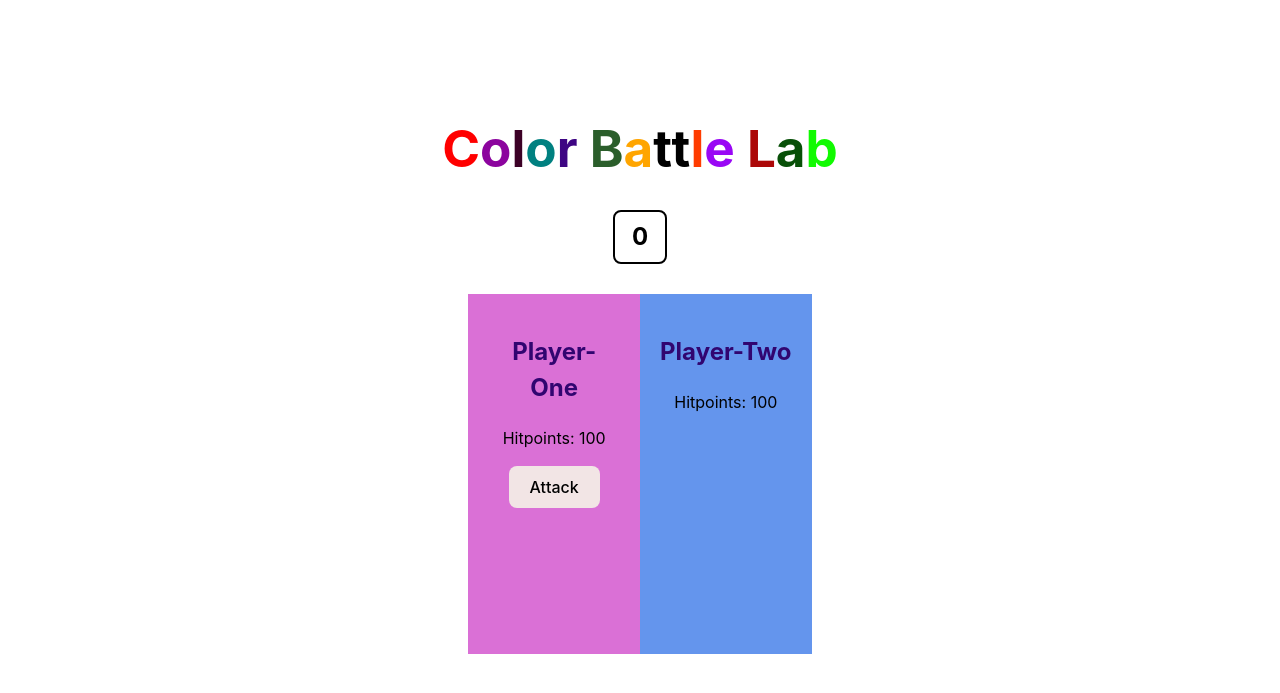
Repository: RAWdevX21/color-battle_lab-build
Page: /
An editor plug-in stored every save of this project. The page is shown before and after the next save, followed by the edit.
The browser window is 1280 px wide. The pictures show the whole page.
The project was rebuilt for these pictures with package versions that can differ from the ones it lists, and the page was loaded fresh each time. Also part of the build but not shown: vite.config.js.

Above is the page before, as saved 2023-08-17 03:19:53.

### index.html
<!doctype html>
<html lang="en">
  <head>
    <meta charset="UTF-8" />
    <link rel="icon" type="image/svg+xml" href="/vite.svg" />
    <meta name="viewport" content="width=device-width, initial-scale=1.0" />
    <title>Color Battle</title>
  </head>
  <body>
    <div id="root"></div>
    <script type="module" src="/src/main.jsx"></script>
  </body>
</html>

### src/App.jsx
import { useState } from "react";
import GameBanner from "./Components/GameBanner";
import Player from "./Components/PlayerInfo";
import "./App.css";

export default function App() {
  const [player1, setPlayer1] = useState({
    name: "Player-One",
    color: "orchid",
    hitpoints: 100,
    turn: true
  });

  const [player2, setPlayer2] = useState({
    name: "Player-Two",
    color: "cornflowerblue",
    hitpoints: 100,
    turn: false
  });

  const [dice, setDice] = useState(0);

  const handleAttack = (attacker, defender, setAttacker, setDefender) => {
    const damage = Math.floor(Math.random() * 6) + 1;
    setDice(damage);

    const updatedDefender = {
      ...defender,
      hitpoints: defender.hitpoints - damage
    };
    const updatedAttacker = { ...attacker, turn: false };

    setDefender(updatedDefender);
    setAttacker(updatedAttacker);

    // Switch turns
    if (attacker === player1) {
      setPlayer2({ ...player2, turn: true });
    } else {
      setPlayer1({ ...player1, turn: true });
    }

    // Check for game over
    if (updatedDefender.hitpoints <= 0) {
      alert(`${attacker.name} wins!`);
      // Reset game or any other logic you want to add
    }
  };

  return (
    <>
      <div className="wrapper">
        <GameBanner damagePoints={dice} />

        <div className="players-container">
          <div className="player-wrapper">
            <Player
              player={player1}
              onAttack={() =>
                handleAttack(player1, player2, setPlayer1, setPlayer2)
              }
            />
          </div>
          <div className="player-wrapper">
            <Player
              player={player2}
              onAttack={() =>
                handleAttack(player2, player1, setPlayer2, setPlayer1)
              }
            />
          </div>
        </div>
      </div>
    </>
  );
}

### src/index.css
:root {
  font-family: Inter, system-ui, Avenir, Helvetica, Arial, sans-serif;
  line-height: 1.5;
  font-weight: 400;

  color-scheme: light dark;
  background-color: #242424;

}

a {
  font-weight: 500;
  /* color: #646cff; */
  text-decoration: inherit;
}
a:hover {
  /* color: #535bf2; */
}

body {
  margin: 0;
  display: flex;
  place-items: center;
  min-width: 320px;
  min-height: 100vh;
}

h1 {
  font-size: 3.2em;
  line-height: 1.1;
}

button {
  border-radius: 8px;
  border: 1px solid transparent;
  padding: 0.6em 1.2em;
  font-size: 1em;
  font-weight: 500;
  font-family: inherit;
  background-color: #1a1a1a;
  cursor: pointer;
  transition: border-color 0.25s;
}
button:hover {
  border-color: #646cff;
}
button:focus,
button:focus-visible {
  outline: 4px auto -webkit-focus-ring-color;
}

@media (prefers-color-scheme: light) {
  :root {
    background-color: #ffffff;
  }
  a:hover {
    color: #747bff;
  }
  button {
    background-color: #f9f9f9;
  }
}

### src/Components/GameBanner.jsx
import './GameBanner.css';
import Die from "./Die";

const GameBanner = ({ damagePoints }) => {
    return (
      <div className="banner">
        <h1>
          <span className="banner--c">C</span>
          <span className="banner--o">o</span>
          <span className="banner--l">l</span>
          <span className="banner--o2">o</span>
          <span className="banner--r">r</span>
          &nbsp;
          <span className="banner--b">B</span>
          <span className="banner--a">a</span>
          <span className="banner--t">t</span>
          <span className="banner--t">t</span>
          <span className="banner--l2">l</span>
          <span className="banner--e">e</span>
          &nbsp;
          <span className="banner--l3">L</span>
          <span className="banner--a2">a</span>
          <span className="banner--b2">b</span>
        </h1>
        <div className="damage-points">
          <Die value={damagePoints} />
        </div>
      </div>
    );
}

export default GameBanner;

### src/Components/PlayerInfo.jsx
import "./PlayerInfo.css";

const Player = ({ player, onAttack }) => {
  return (
    <div className="player" style={{ backgroundColor: player.color }}>
      <h2>{player.name}</h2>
      <p>Hitpoints: {player.hitpoints}</p>
      {player.turn && (
        <button className="attack-button" onClick={onAttack}>
          Attack
        </button>
      )}
    </div>
  );
};

export default Player;

### src/App.css
#root {
  margin: 0 auto;
  padding: 2rem;
  text-align: center;
}

h2 {
  color: rgb(49, 5, 112);
}

.players-container {
  display: flex;
  align-items: stretch;
  margin: 0 10em;
}

.player-wrapper {
  flex: 1;
  height: 50vh !important;
  min-height: 50vh !important;
  box-sizing: border-box;
  overflow: hidden !important;
}

### src/Components/GameBanner.css
.banner {
    text-align: center;
    padding: 20px;
    background-color: #ffffff;
    color: black;
}

.damage-points {
    margin-top: 10px;
    font-size: 6rem;
}

.banner h1 span.banner--c { color: red; }
.banner h1 span.banner--o { color: rgb(140, 4, 158); }
.banner h1 span.banner--l { color: rgb(60, 1, 38); }
.banner h1 span.banner--o2 { color: teal; }
.banner h1 span.banner--r { color: rgb(62, 5, 131); }
.banner h1 span.banner--b { color: rgb(43, 94, 43); }
.banner h1 span.banner--a { color: orange; }
.banner h1 span.banner--t { color: black; }
.banner h1 span.banner--l2 { color: rgb(255, 60, 0); }
.banner h1 span.banner--e { color: rgb(153, 7, 245); }
.banner h1 span.banner--l3 { color: rgb(172, 8, 8); }
.banner h1 span.banner--a2 { color: rgb(8, 80, 8); }
.banner h1 span.banner--b2 { color: rgb(17, 250, 1); }

### src/Components/Die.jsx
import "./Die.css";

const Die = ({ value }) => {
  return <div className="die-container">{value}</div>;
};

export default Die;

### src/Components/PlayerInfo.css
div.player {
    height: 30rem; /* Adjust this value to your preference */
    overflow: hidden; /* This will ensure content exceeding the height won't be visible */
}

.player {
    padding: 20px;
    box-sizing: border-box;
    background-color: #f5f5f5;
}

.attack-button {
    padding: 10px 20px;
    background-color: rgb(242, 229, 229);
    color: black;
    cursor: pointer;
}

### src/Components/Die.css
.die {
    text-align: center;
    font-size: 20px;
    margin-top: 20px;
}

.die-container {
    width: 50px;
    height: 50px;
    border: 2px solid black;
    border-radius: 8px;
    display: flex;
    align-items: center;
    justify-content: center;
    font-size: 24px;
    font-weight: bold;
    margin: 10px auto;
}

Loaded but not shown: src/main.jsx (common file)

After the next save:
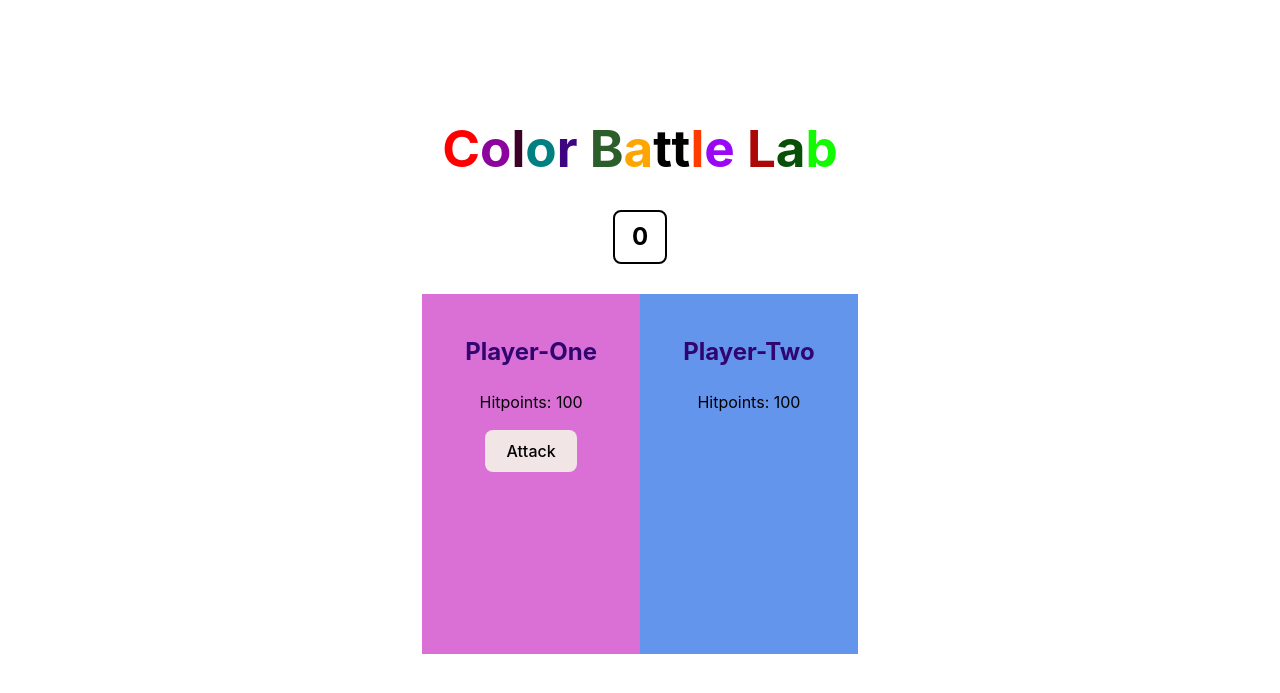
Saved 3 min 0 s later.
--- a/src/App.css
+++ b/src/App.css
@@ -21,3 +21,7 @@ h2 {
   box-sizing: border-box;
   overflow: hidden !important;
 }
+.player-wrappers, .players-container {
+    margin: 0;
+    padding: 0;
+}

After the save that followed:
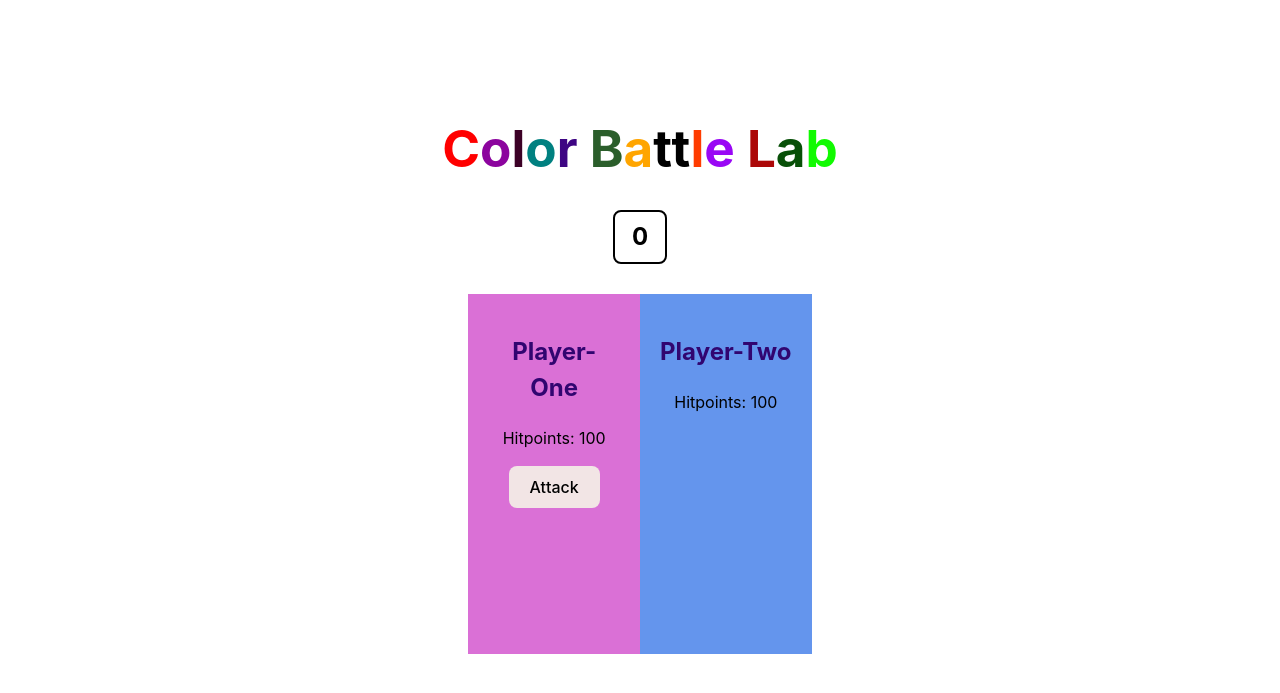
Saved 15 s later.
--- a/src/App.css
+++ b/src/App.css
@@ -22,6 +22,6 @@ h2 {
   overflow: hidden !important;
 }
 .player-wrappers, .players-container {
-    margin: 0;
+    margin: 20 rem;
     padding: 0;
 }
